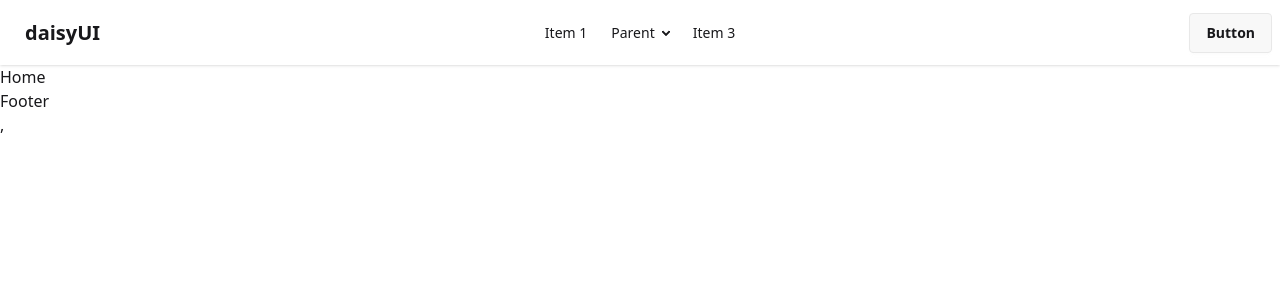
Repository: SanjidaSnigdha/Boipoka-Book-Vibe-Project
Page: /
The author's editor kept a copy of each file at every save. The page is drawn from the files as they stood at one save, then again after the next save.
The browser window is 1280 px wide. The pictures show the whole page.
The project was rebuilt for these pictures with package versions that can differ from the ones it lists, and the page was loaded fresh each time. Also part of the build but not shown: vite.config.js, src/App.css, src/App.jsx, src/Pages/Root/ErrorPage/ErrorPage.jsx.

Above is the page before, as saved 2026-05-12 10:50:53.

### index.html
<!doctype html>
<html lang="en">
  <head>
    <meta charset="UTF-8" />
    <link rel="icon" type="image/svg+xml" href="/favicon.svg" />
    <meta name="viewport" content="width=device-width, initial-scale=1.0" />
    <title>boipuka</title>
  </head>
  <body>
    <div id="root"></div>
    <script type="module" src="/src/main.jsx"></script>
  </body>
</html>

### src/main.jsx
import { StrictMode } from 'react'
import { createRoot } from 'react-dom/client'
import './index.css'
import App from './App.jsx'
import {
  RouterProvider,
} from "react-router";
import { router } from './Routes/Routes.jsx';




createRoot(document.getElementById('root')).render(
  <StrictMode>
     <RouterProvider router={router} />,
  </StrictMode>,
)

### src/index.css
@import "tailwindcss";
@plugin "daisyui" {
themes : light --default, dark --prefersdark;
themes: light --default;
}
   dark mode to light mode ( index.css)

### src/Routes/Routes.jsx
import React from 'react';
import {
  createBrowserRouter,
} from "react-router";
import Root from '../Pages/Root/Root';
import ErrorPage from '../Pages/Root/ErrorPage/ErrorPage';
import { Component } from 'react';
import Home from '../Pages/Home/Home';

 export const router = createBrowserRouter([
  {
    path: "/",
    Component: Root,
    errorElement: <ErrorPage></ErrorPage>,
    children: [
      {
      index: true,
      path: '/',
      Component: Home

    },
  ],
},
]);

### src/Pages/Root/Root.jsx
import React from 'react';
import Navbar from '../../Components/Header/Navbar/Navbar';
import { Outlet } from 'react-router';
import Footer from '../../Components/Footer/Footer';

const Root = () => {
    return (
        <div>
            <Navbar></Navbar>
            <Outlet></Outlet>
            <Footer></Footer>

        </div>
    );
};

export default Root;

### src/Pages/Home/Home.jsx
import React from 'react';

const Home = () => {
    return (
        <div>
            <h1>Home</h1>
        </div>
    );
};

export default Home;

### src/Components/Header/Navbar/Navbar.jsx
import React from 'react';

const Navbar = () => {
    return (
        <div className="navbar bg-base-100 shadow-sm">
  <div className="navbar-start">
    <div className="dropdown">
      <div tabIndex={0} role="button" className="btn btn-ghost lg:hidden">
        <svg xmlns="http://www.w3.org/2000/svg" className="h-5 w-5" fill="none" viewBox="0 0 24 24" stroke="currentColor"> <path strokeLinecap="round" strokeLinejoin="round" strokeWidth="2" d="M4 6h16M4 12h8m-8 6h16" /> </svg>
      </div>
      <ul
        tabIndex="-1"
        className="menu menu-sm dropdown-content bg-base-100 rounded-box z-1 mt-3 w-52 p-2 shadow">
        <li><a>Item 1</a></li>
        <li>
          <a>Parent</a>
          <ul className="p-2">
            <li><a>Submenu 1</a></li>
            <li><a>Submenu 2</a></li>
          </ul>
        </li>
        <li><a>Item 3</a></li>
      </ul>
    </div>
    <a className="btn btn-ghost text-xl">daisyUI</a>
  </div>
  <div className="navbar-center hidden lg:flex">
    <ul className="menu menu-horizontal px-1">
      <li><a>Item 1</a></li>
      <li>
        <details>
          <summary>Parent</summary>
          <ul className="p-2 bg-base-100 w-40 z-1">
            <li><a>Submenu 1</a></li>
            <li><a>Submenu 2</a></li>
          </ul>
        </details>
      </li>
      <li><a>Item 3</a></li>
    </ul>
  </div>
  <div className="navbar-end">
    <a className="btn">Button</a>
  </div>
</div>
    );
};

export default Navbar;

Loaded but not shown: src/Components/Footer/Footer.jsx (common file)

After the next save:
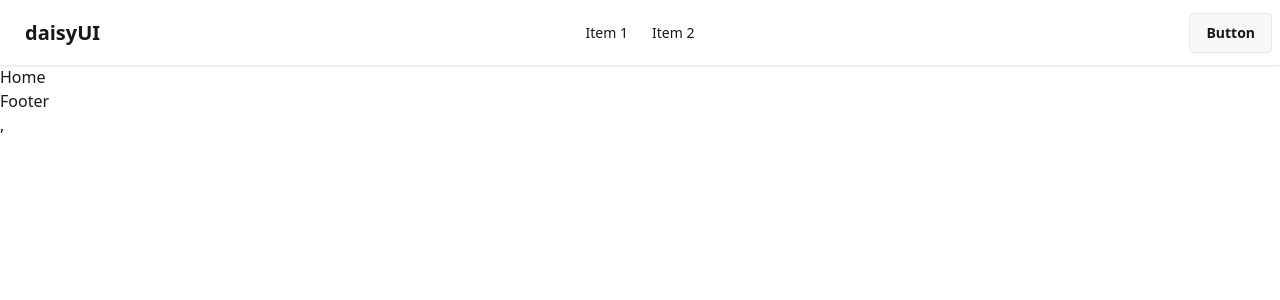
Saved 2 min 48 s later.
--- a/src/Components/Header/Navbar/Navbar.jsx
+++ b/src/Components/Header/Navbar/Navbar.jsx
@@ -12,14 +12,8 @@ const Navbar = () => {
         tabIndex="-1"
         className="menu menu-sm dropdown-content bg-base-100 rounded-box z-1 mt-3 w-52 p-2 shadow">
         <li><a>Item 1</a></li>
-        <li>
-          <a>Parent</a>
-          <ul className="p-2">
-            <li><a>Submenu 1</a></li>
-            <li><a>Submenu 2</a></li>
-          </ul>
-        </li>
-        <li><a>Item 3</a></li>
+
+        <li><a>Item 2</a></li>
       </ul>
     </div>
     <a className="btn btn-ghost text-xl">daisyUI</a>
@@ -27,16 +21,7 @@ const Navbar = () => {
   <div className="navbar-center hidden lg:flex">
     <ul className="menu menu-horizontal px-1">
       <li><a>Item 1</a></li>
-      <li>
-        <details>
-          <summary>Parent</summary>
-          <ul className="p-2 bg-base-100 w-40 z-1">
-            <li><a>Submenu 1</a></li>
-            <li><a>Submenu 2</a></li>
-          </ul>
-        </details>
-      </li>
-      <li><a>Item 3</a></li>
+      <li><a>Item 2</a></li>
     </ul>
   </div>
   <div className="navbar-end">
